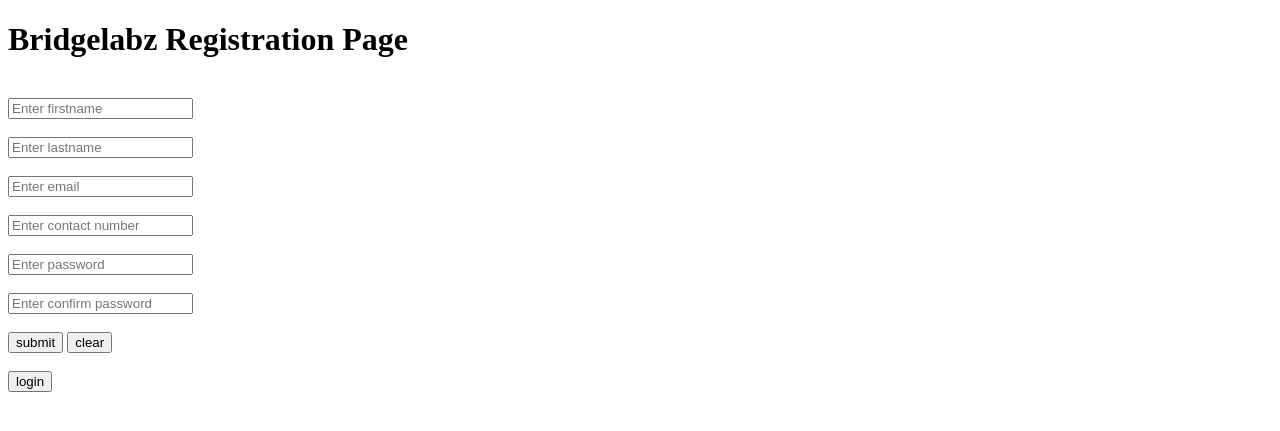
Repository: MarkFernandes11/Advanced-Java
Page: http://localhost/Login/register.jsp
An editor plug-in stored every save of this project. The page is shown before and after the next save, followed by the edit.
The browser window is 1280 px wide. The pictures show the whole page.
The page is served by Tomcat 9. Other server files are loaded and not shown.

Above is the page before, as saved 2019-09-26 04:32:10.

### Login/WebContent/register.jsp
<%@ page language="java" contentType="text/html; charset=UTF-8"
    pageEncoding="UTF-8"%>
<!DOCTYPE html>
<html>
<head>
<meta charset="UTF-8">
<title>Registration Page</title>
</head>
<body>
	<header>
			<h1>Bridgelabz Registration Page</h1>
	</header>
	<form action="RegistrationServlet" method = "post">
		<br>
		<input type="text" placeholder="Enter firstname" name="firstname" required>
		<!--pattern="^A-Za-z$"-->
		<br><br>
		<input type="text" placeholder="Enter lastname" name="lastname">
		<br><br>
		<input type="email" placeholder="Enter email" name="email" required>
		<br><br>
		<input type="number" placeholder="Enter contact number" name="contactNumber" required>
		<br><br>
		<input type="password" placeholder="Enter password" name="password" required>
		<br><br>
		<input type="password" placeholder="Enter confirm password" name="confirmPassword" required>
		<br><br>
		<input type="submit" value = "submit"> <input type="reset" value = "clear">
		<br><br>
		<a href="login.jsp"><input type="submit" value = "login"></a>
	</form>
</body>
</html>

After the next save:
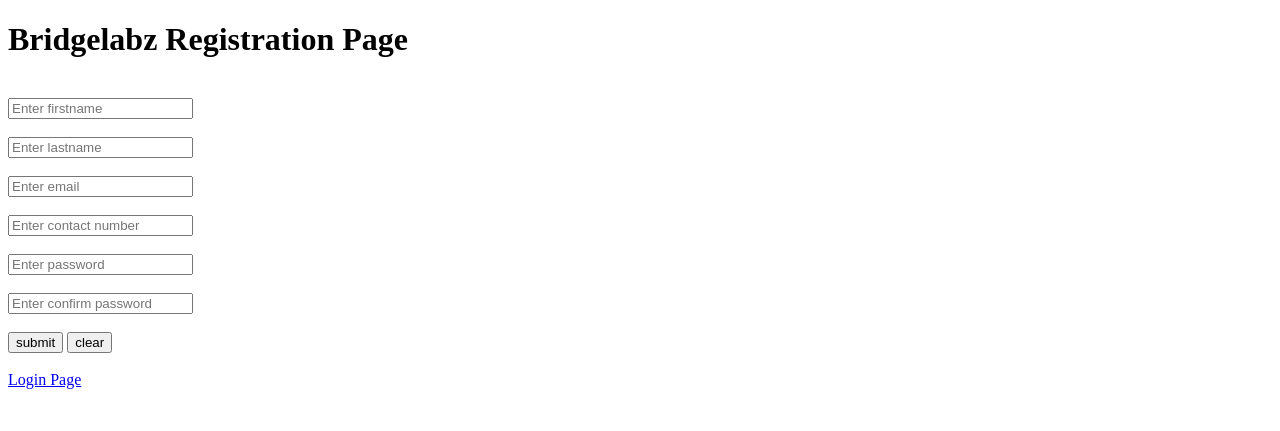
Saved 47 s later.
--- a/Login/WebContent/register.jsp
+++ b/Login/WebContent/register.jsp
@@ -27,7 +27,7 @@
 		<br><br>
 		<input type="submit" value = "submit"> <input type="reset" value = "clear">
 		<br><br>
-		<a href="login.jsp"><input type="submit" value = "login"></a>
+		<a href="login.jsp">Login Page</a>
 	</form>
 </body>
 </html>
